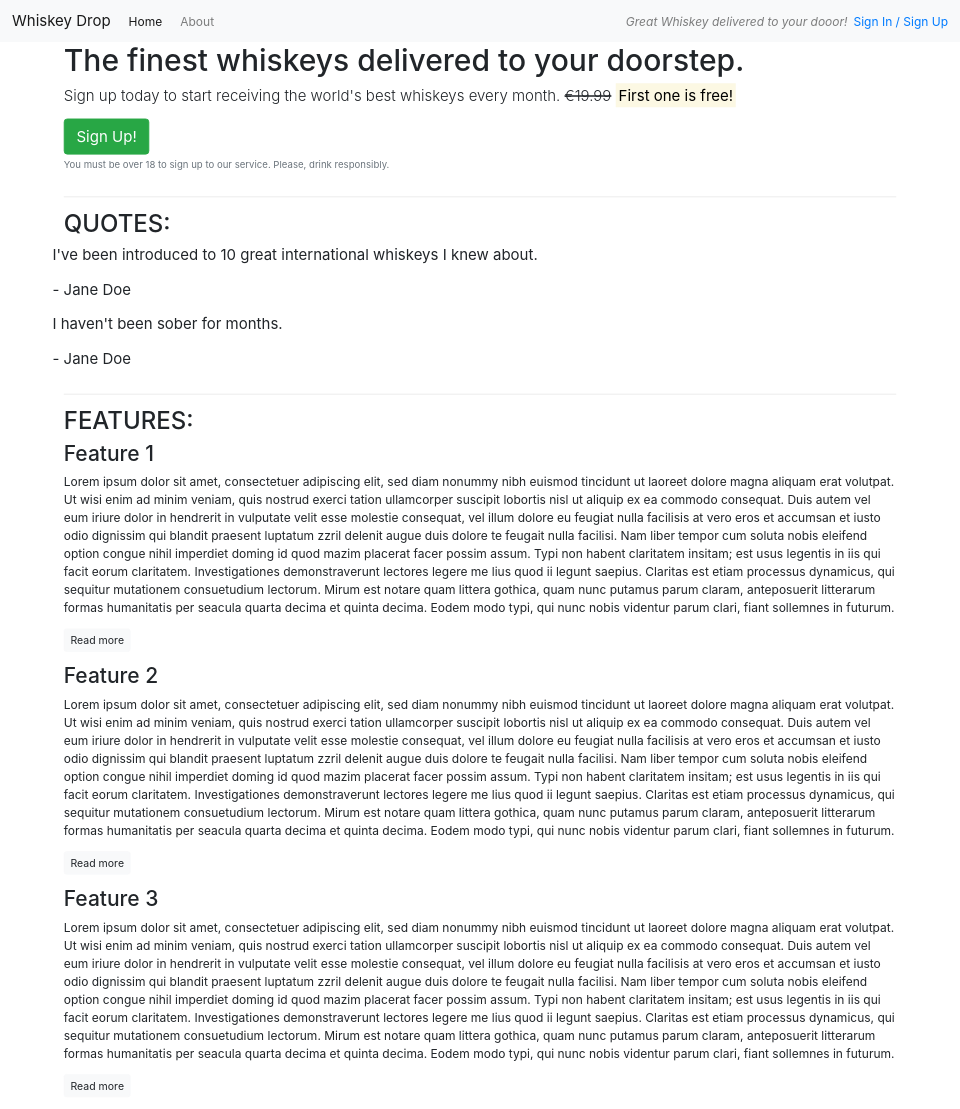
Repository: gpun10/bootstrap-sample
Page: index.html
The author's editor kept a record of every edit. The page is drawn from the files as they stood at one moment, then again after the next edit.
The browser window is 1280 px wide. The pictures show the whole page, at 75% of full size.

Above is the page before.
Console error: TypeError: Cannot read properties of undefined (reading 'fn')

After the next edit:
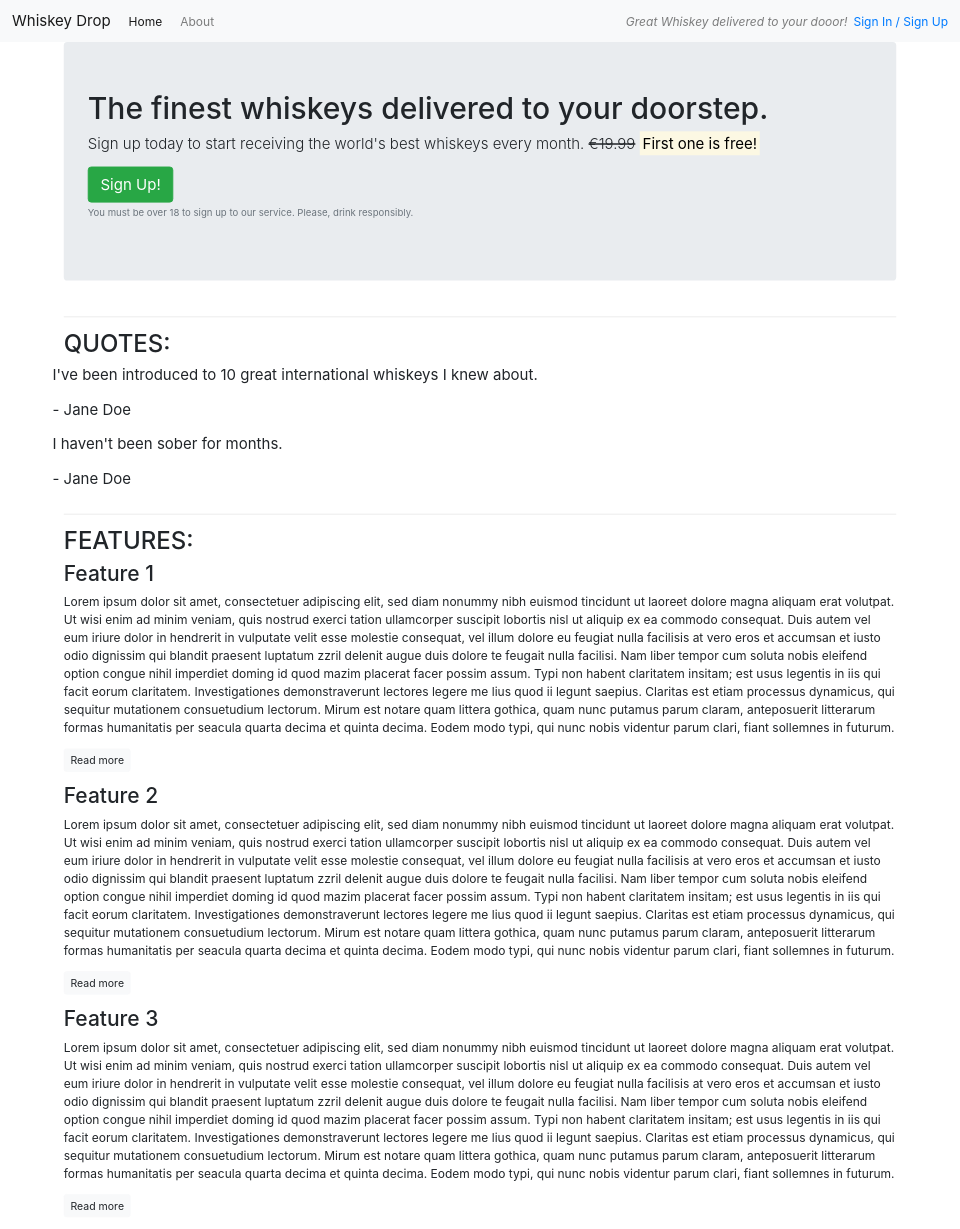
The edit:
--- a/index.html
+++ b/index.html
@@ -33,7 +33,7 @@
 	<!-- Call out -->
 	<div class="row">
 		<div class="col-12">
-			<section class="callout">
+			<section class="callout jumbotron">
 
 				<h1>The finest whiskeys delivered to your doorstep.</h1>
 				<p class="lead">Sign up today to start receiving the world's best whiskeys every month.
